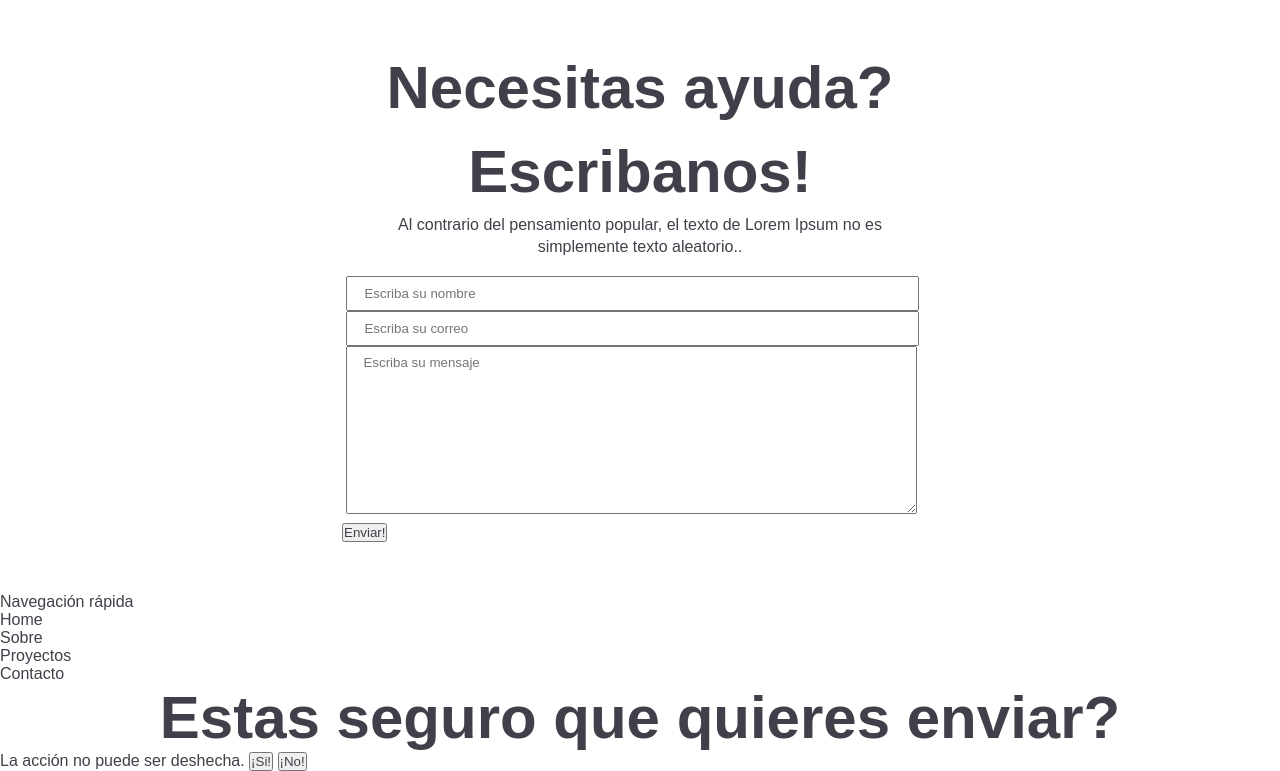
Repository: robsonmarkes/accesibilidad
Page: index.html
The author's editor kept a copy of each file at every save. The page is drawn from the files as they stood at one save, then again after the next save.
The browser window is 1280 px wide. The pictures show the part of the page from y = 1369 to 2164 px (the page is 2140 px tall before and 2164 px after).
A picture or video elsewhere on the page could not be fetched, so the positions and the page height are approximate.

Above is the page before, as saved 2022-10-11 10:55:32.

After the next save:
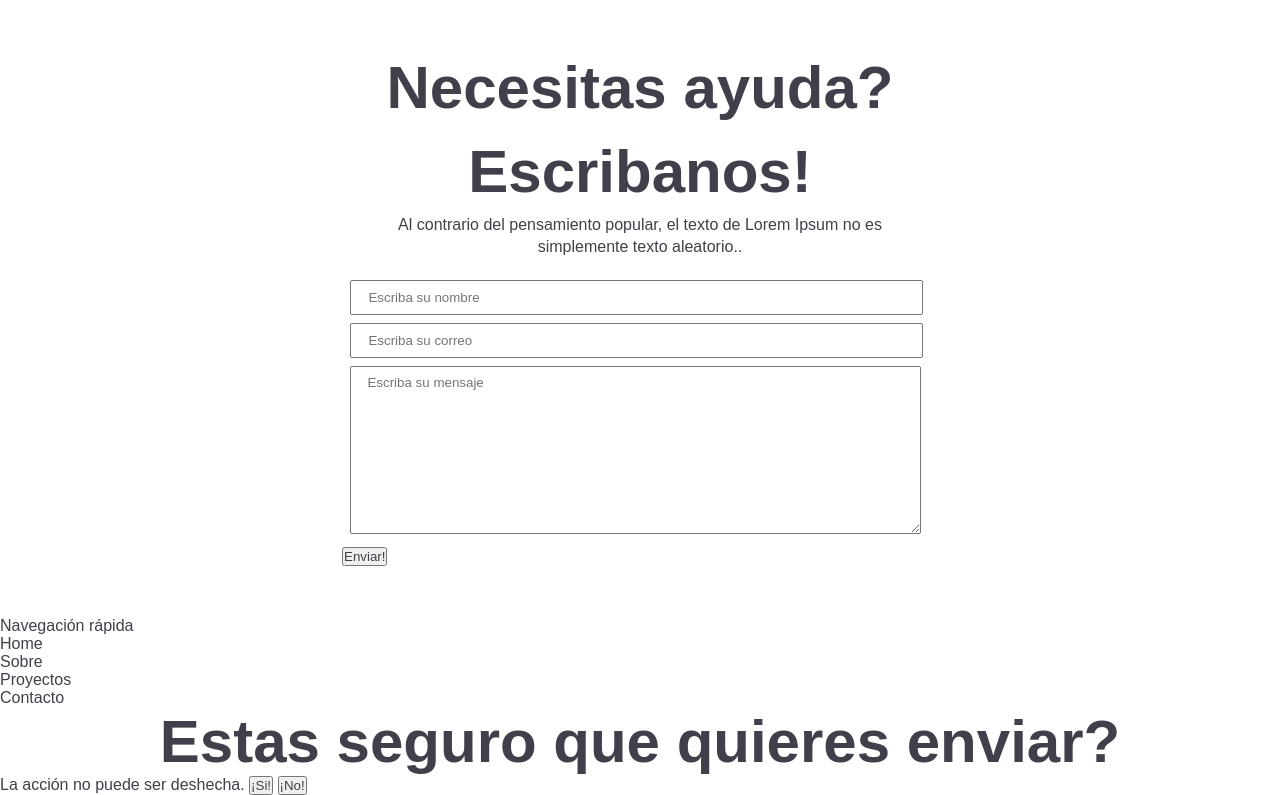
Saved 7 s later.
--- a/style.css
+++ b/style.css
@@ -145,6 +145,7 @@ body a:hover {
 
 .wrap .content .article form .form-group input, .wrap .content .article form .form-group textarea {
     padding: 0.5rem 1rem;
+    margin: 4px;
     width: 90%;
 
 }
